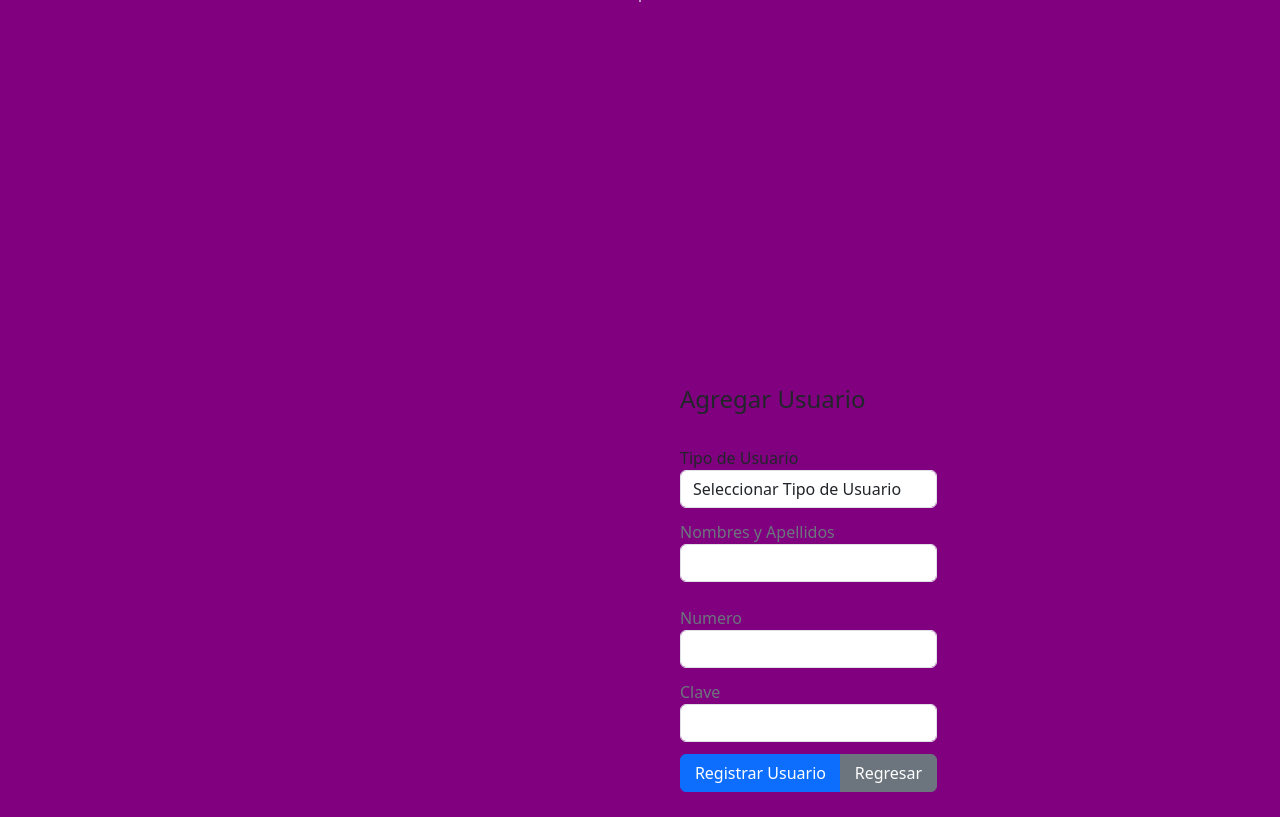
Repository: Gimblet/LP1_Proyecto_Yape
Page: http://localhost/Yape/nuevoUsuario.jsp
An editor plug-in stored every save of this project. The page is shown before and after a run of saves, followed by the edit.
The browser window is 1280 px wide. The pictures show the whole page.
The page is served by Tomcat 9. Other server files are loaded and not shown.

Above is the page before, as saved 2024-05-04 17:16:44.

### Yape/src/main/webapp/nuevoUsuario.jsp
<%@ page language="java" contentType="text/html; charset=ISO-8859-1"
	pageEncoding="ISO-8859-1"%>
<!DOCTYPE html>
<html>
<head>
<meta charset="ISO-8859-1">
<link href="Resources/bootstrap.min.css" rel="stylesheet">
<style>
	body{
		background-color: purple;
	}
	main{
		background-color:white;
		width: max-content;
		margin: auto;
	}
	section{
		position: absolute;
		top: 50%;
		padding: 25px 40px 25px 40px;
	}
	form{
		display: flex;
		flex-direction: column;
		gap: 12px;
	}
</style>
<title>Nuevo Usuario</title>
</head>
<body>
	<div class="container">
		<main class="border rounded">
			<section>
				<h4>Agregar Usuario</h4>
				<br>
				<form action="Servlet" method="post">
					<div class="form-group">
						<label>Tipo de Usuario</label>
						<select class="form-control" name="cboTipoUsuario" onchange="updateSaldo()">
							<option>Seleccionar Tipo de Usuario</option>
							<option>Admin</option>
							<option>Cliente</option>
						</select>
					</div>
					<div class="form-group">
						<label class="text-secondary">Nombres y Apellidos</label>
						<input class="form-control" type="text" name="txtNombreApe" required>
					</div>
					<div class="form-group" id="saldoField">
						<script>
							function updateSaldo() {
								//Obtener Variables
								var selectedOption = document.getElementsByName("cboTipoUsuario")[0].value;
								var saldoField = document.getElementById("saldoField");

								//Crear input Saldo si es que Cliente esta selecionado
								if (selectedOption === "Cliente") {
									saldoField.innerHTML = '<label class="text-secondary">Saldo</label><input class="form-control" required name="txtSaldo" type="text">';
								} else {
									saldoField.innerHTML = '';
								}
							}
						</script>
					</div>
					<div class="form-group">
						<label class="text-secondary">Numero</label>
						<input class="form-control" required name="txtNumero" type="text">
					</div>
					<div class="form-group">
						<label class="text-secondary">Clave</label>
						<input class="form-control" required type="text" name="txtClave">
					</div>
					<div class="btn-group">
						<input class="btn btn-primary" type="submit" name="type" value="Registrar Usuario">
						<a href="Servlet?type=Volver" class="btn btn-secondary">Regresar</a>
					</div>
				</form>
			</section>
		</main>
	</div>
</body>
</html>

Loaded but not shown: Yape/src/main/webapp/Resources/bootstrap.min.css (library)

After the next 2 saves:
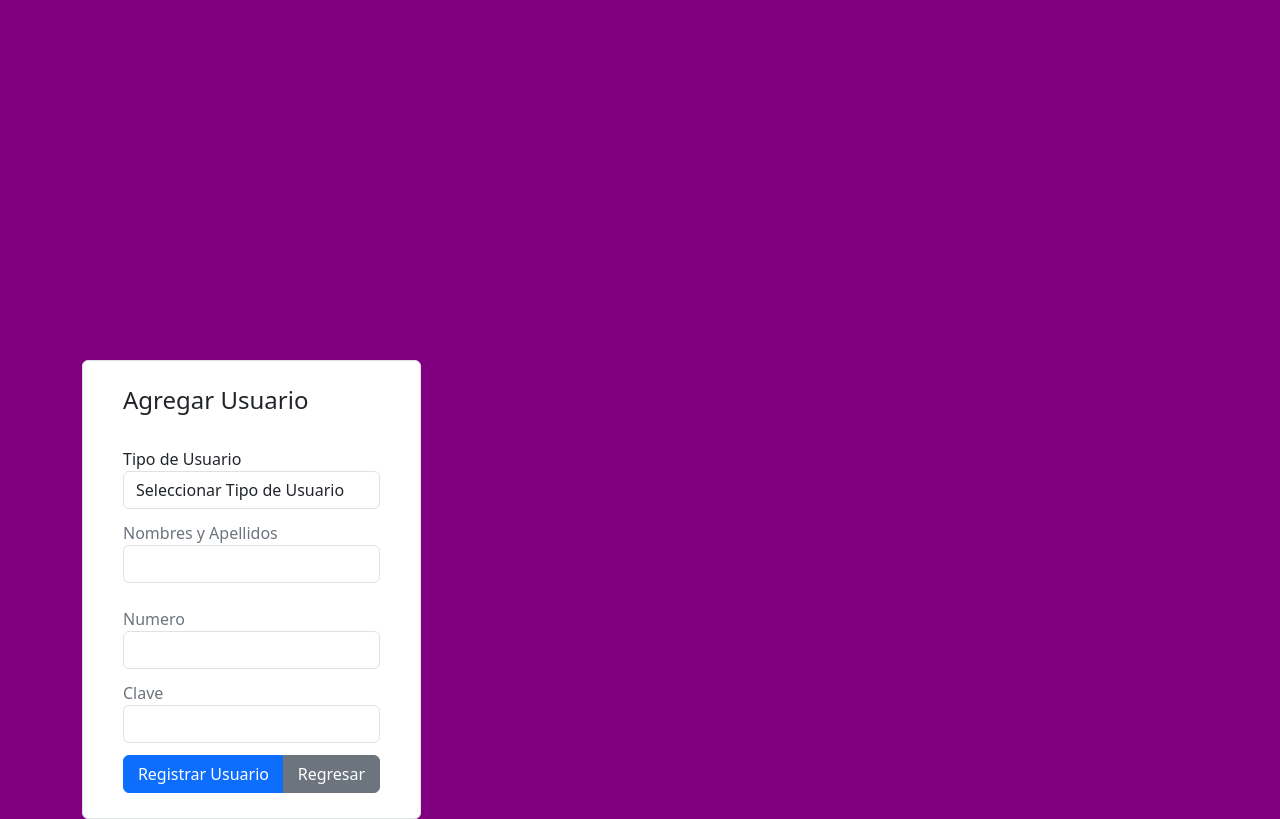
The 2 saves are shown as one change because they came seconds apart.
The last was saved 19 s later.
--- a/Yape/src/main/webapp/nuevoUsuario.jsp
+++ b/Yape/src/main/webapp/nuevoUsuario.jsp
@@ -13,10 +13,10 @@
 		background-color:white;
 		width: max-content;
 		margin: auto;
+		position: absolute;
+		top: 50%;
 	}
 	section{
-		position: absolute;
-		top: 50%;
 		padding: 25px 40px 25px 40px;
 	}
 	form{
